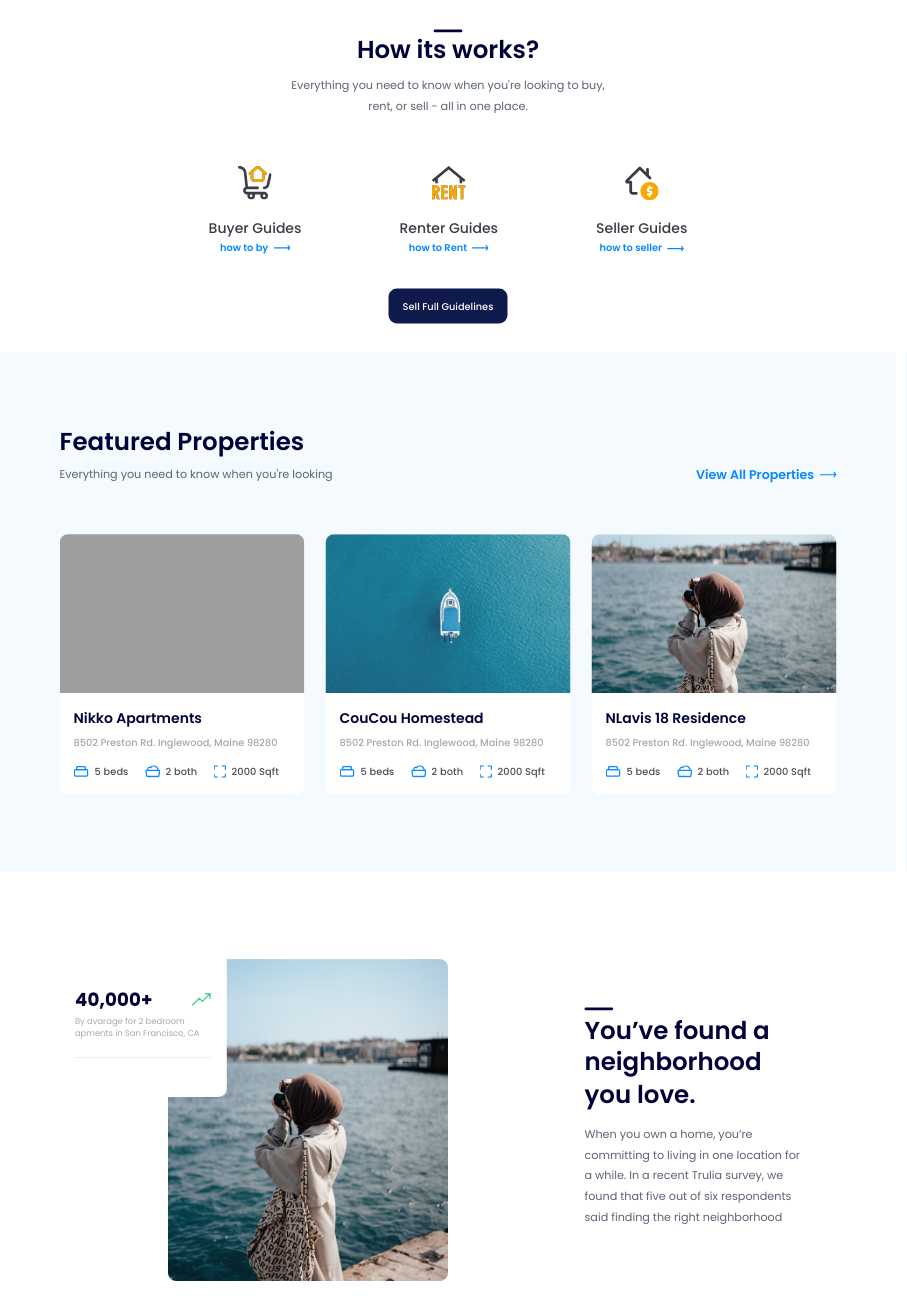
Repository: Kazuto-2004/f8-htmlcss-01
Page: index.html
The author's editor kept a copy of each file at every save. The page is drawn from the files as they stood at one save, then again after the next save.
The browser window is 1280 px wide. The page is 1295 px wide, so the pictures cover 1295 px, including what lies to the right of the window. The pictures show the part of the page from y = 1193 to 3073 px (the page is 3073 px tall), at 70% of full size.
Pictures or frames that could not be fetched are drawn as grey boxes.

Above is the page before, as saved 2023-07-15 16:18:38.

After the next save:
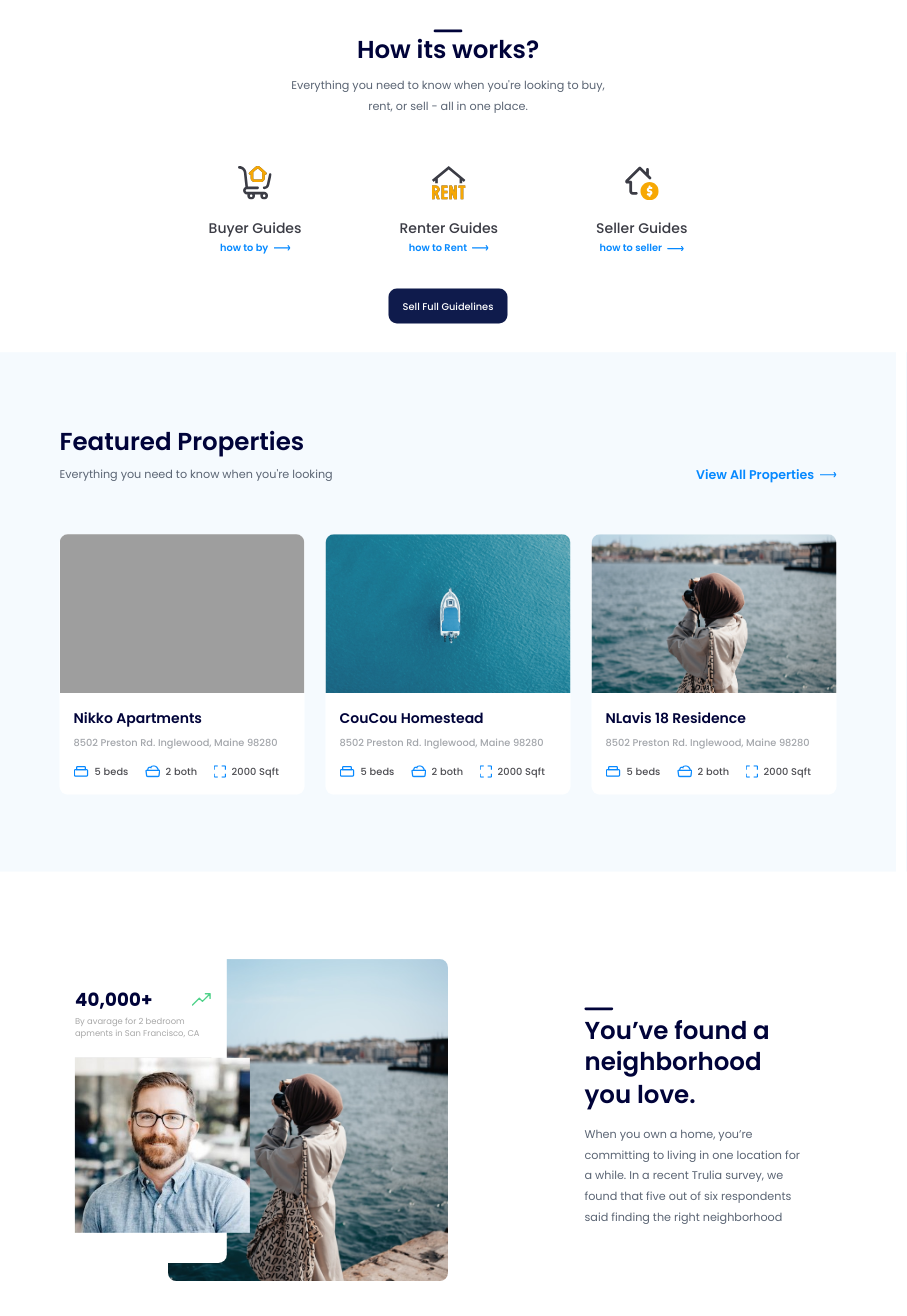
Saved 24 min 49 s later.
--- a/index.html
+++ b/index.html
@@ -312,7 +312,7 @@
                             <div class="separate"></div>
                             <div class="avatar-block">
                                 <div class="avatar-group">
-                                    <img src="" alt="" class="avatar">
+                                    <img src="./assets/img/avatar-1.jpeg" alt="" class="avatar">
                                 </div>
                             </div>
                         </div>
